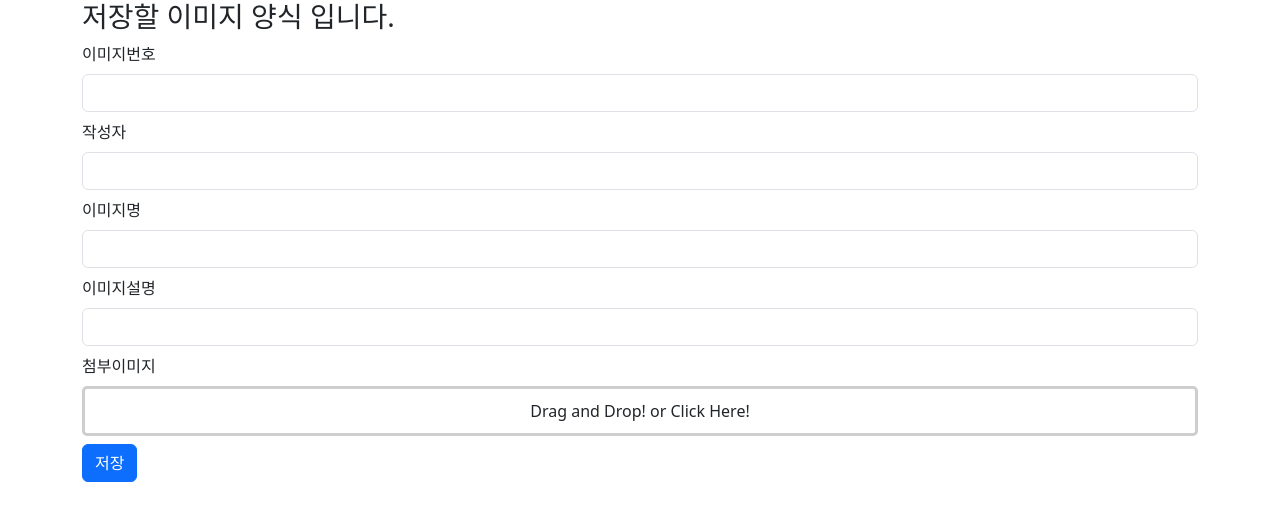
Repository: seochanmi/springRepository
Page: http://localhost/gallery/insertform
An editor plug-in stored every save of this project. The page is shown before and after the next save, followed by the edit.
The browser window is 1280 px wide. The pictures show the whole page.
The page is this project's Thymeleaf template; nobody is signed in. The template is opened directly, without the code that normally fills it, so the values that code supplies are empty.

Above is the page before, as saved 2024-07-25 01:12:51.
Console error: ReferenceError: e is not defined

### Boot11_Example/src/main/resources/templates/gallery/insertform.html
<!DOCTYPE html>
<html xmlns:th="http://www.thymeleaf.org">
<head>
<meta charset="UTF-8">
<title>/gallery/insertform.html</title>
<link href="https://cdn.jsdelivr.net/npm/bootstrap@5.3.2/dist/css/bootstrap.min.css" rel="stylesheet" integrity="sha384-T3c6CoIi6uLrA9TneNEoa7RxnatzjcDSCmG1MXxSR1GAsXEV/Dwwykc2MPK8M2HN" crossorigin="anonymous">
<style>
	.drop-zone{
		height: 50px;
		border: 3px solid #cecece;
		border-radius: 5px;
		display: flex;
		justify-content: center; /* 좌우로 가운데 정렬 */
		align-items: center; /* 위아래로 가운데 정렬 */
		cursor:pointer;
	}
	#myImage{
		display:none;
	}
</style>
</head>
<body>
	<div class="container">
		<h3>저장할 이미지 양식 입니다.</h3>
		<form th:action="@{/gallery/insert}" method="post" enctype="multipart/form-data">
			<div class="mb-2">
				<label class="form-label" for="num">이미지번호</label>
				<input class="form-control" type="number" name="num" id="num"/>
			</div>
			<div class="mb-2">
				<label class="form-label" for="writer">작성자</label>
				<input class="form-control" type="text" name="writer" id="writer"/>
			</div>
			<div class="mb-2">
				<label class="form-label" for="saveFileName">이미지명</label>
				<input class="form-control" type="text" name="saveFileName" id="saveFileName"/>
			</div>
			<div class="mb-2">
				<label class="form-label" for="caption">이미지설명</label>
				<input class="form-control" type="text" name="caption" id="caption"/>
			</div>
			<div class="mb-2">
				<label for="myImage">첨부이미지</label>
				<input type="file" name="myImage" id="myImage"/>
			</div>
			<div class="drop-zone mb-2">Drag and Drop! or Click Here!</div>
			<button class="btn btn-primary" type="insert">저장</button>
		</form>
	</div>
	<script>
		//.drop-zone div 의 참조값
		const dropZone=document.querySelector(".drop-zone");
		//dragover 되었을때 기본 이벤트 막기
		dropZone.addEventListener("dragover", (e)=>{
			e.preventDefault(); //기본 이벤트 막기
		});
		//drop 되었을때 이벤트 처리
		dropZone.addEventListener("drop", (e)=>{
			e.preventDefault();

			//drop 된 파일의 정보가 들어 있는 배열얻어내기
			const files=e.dataTransfer.files;

			//만일 하나 이상 선택했다면
			if(files.length > 1){
				alert("하나의 파일만 drag drop 하세요!");
				return; //함수를 여기서 끝내기
			}

			//선택한 파일의 정보를 콘솔에 출력해 보기
			const file = files[0];
			console.log(file);

			//input type="file" 에 drop 된 파일 넣어주기
			document.querySelector("#myImage").files=files;

			//선택된 파일명 출력하기
			dropZone.innerText=file.name;

		});

		// .drop-zone 을 클릭했을때 input type="file" 을 강제 클릭해 준다
		dropZone.addEventListener("click", ()=>{
			document.querySelector("#myImage").click();
		});

		//파일을 선택했을때 change 이벤트가 일어난다
		document.querySelector("#myImage").addEventListener("change", (e)=>{});
			//선택된 파일 배열 객체를 얻어낸다.
			const files=e.target.files;
			//선택한 파일
			const file=files[0];
			// .drop-zone 에 선택한 파일의 이름을 출력한다.
			dropZone.innerText=file.name;
	</script>
</body>
</html>

After the next save:
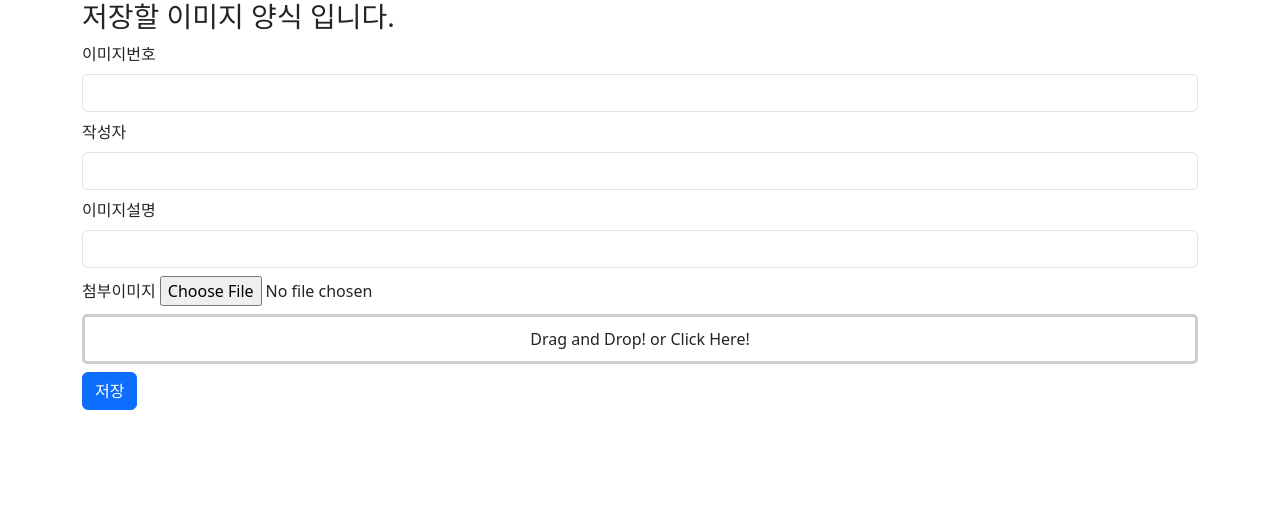
Saved 7 min 45 s later.
--- a/Boot11_Example/src/main/resources/templates/gallery/insertform.html
+++ b/Boot11_Example/src/main/resources/templates/gallery/insertform.html
@@ -32,19 +32,15 @@
 				<input class="form-control" type="text" name="writer" id="writer"/>
 			</div>
 			<div class="mb-2">
-				<label class="form-label" for="saveFileName">이미지명</label>
-				<input class="form-control" type="text" name="saveFileName" id="saveFileName"/>
-			</div>
-			<div class="mb-2">
 				<label class="form-label" for="caption">이미지설명</label>
 				<input class="form-control" type="text" name="caption" id="caption"/>
 			</div>
 			<div class="mb-2">
-				<label for="myImage">첨부이미지</label>
-				<input type="file" name="myImage" id="myImage"/>
+				<label for="image">첨부이미지</label>
+				<input type="file" name="image" id="image"/>
 			</div>
 			<div class="drop-zone mb-2">Drag and Drop! or Click Here!</div>
-			<button class="btn btn-primary" type="insert">저장</button>
+			<button class="btn btn-primary" type="submit">저장</button>
 		</form>
 	</div>
 	<script>
@@ -72,7 +68,7 @@
 			console.log(file);
 
 			//input type="file" 에 drop 된 파일 넣어주기
-			document.querySelector("#myImage").files=files;
+			document.querySelector("#image").files=files;
 
 			//선택된 파일명 출력하기
 			dropZone.innerText=file.name;
@@ -81,11 +77,11 @@
 
 		// .drop-zone 을 클릭했을때 input type="file" 을 강제 클릭해 준다
 		dropZone.addEventListener("click", ()=>{
-			document.querySelector("#myImage").click();
+			document.querySelector("#image").click();
 		});
 
 		//파일을 선택했을때 change 이벤트가 일어난다
-		document.querySelector("#myImage").addEventListener("change", (e)=>{});
+		document.querySelector("#image").addEventListener("change", (e)=>{});
 			//선택된 파일 배열 객체를 얻어낸다.
 			const files=e.target.files;
 			//선택한 파일
